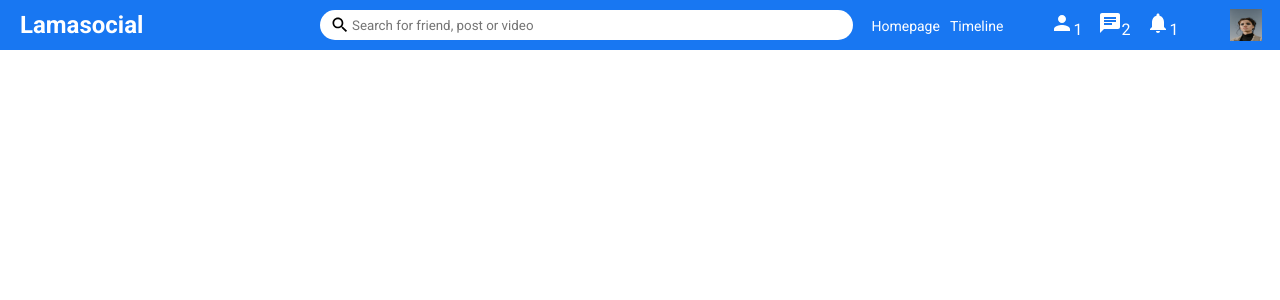
Repository: nazlinres01/react-social
Page: / (app in client/)
These files come from the project's save history. The page is drawn as it stood at one moment and after the next save; the edit follows.
The browser window is 1280 px wide. The pictures show the whole page.
The project was rebuilt for these pictures with package versions that can differ from the ones it lists, and the page was loaded fresh each time.

Above is the page before, as saved 2024-06-07 22:02:49.

### client/public/index.html
<!DOCTYPE html>
<html lang="en">

<head>
  <meta charset="utf-8" />
  <meta name="viewport" content="width=device-width, initial-scale=1" />
  <meta name="description" content="Web site created using create-react-app" />
  <link
    href="https://fonts.googleapis.com/css2?family=Roboto:ital,wght@0,100;0,300;0,400;0,500;0,700;0,900;1,100;1,300;1,400;1,500;1,700;1,900&display=swap"
    rel="stylesheet">
    <link rel="stylesheet" href="style.css">
  <title>Social App</title>
</head>

<body>
  <noscript>You need to enable JavaScript to run this app.</noscript>
  <div id="root"></div>
</body>

</html>

### client/src/App.js
import Home from "./pages/home/Home";

function App() {
  return <Home />
}

export default App;

### client/src/pages/home/Home.js
import Topbar from "../../components/topbar/Topbar";

export default function Home() {
    return (
        <Topbar />
    )
}

### client/src/components/topbar/Topbar.jsx
import "./topbar.css"
import { Search, Person, Chat, Notifications } from "@material-ui/icons"

export default function Topbar() {
  return (
    <div className="topbarContainer">
      <div className="topbarLeft">
        <span className="logo">Lamasocial</span>
      </div>
      <div className="topbarCenter">
        <div className="searchbar">
          <Search className="searchIcon" />
          <input placeholder="Search for friend, post or video" className="searchInput" />
        </div>
      </div>
      <div className="topbarRight">
        <div className="topbarLinks">
          <span className="topbarLink">Homepage</span>
          <span className="topbarLink">Timeline</span>
        </div>
        <div className="topbarIcons">
          <div className="topbarIconItem">
            <Person />
            <span className="topbarIconBadge">1</span>
          </div>
          <div className="topbarIconItem">
            <Chat />
            <span className="topbarIconBadge">2</span>
          </div>
          <div className="topbarIconItem">
            <Notifications />
            <span className="topbarIconBadge">1</span>
          </div>
        </div>
        <img src="/assets/person/1.jpeg" alt="" className="topbarImg" />
      </div>

    </div>
  )
}

### client/src/components/topbar/topbar.css
.topbarContainer {
    height: 50px;
    width: 100%;
    background-color: #1877f2;
    display: flex;
    align-items: center;
    position: sticky;
    top: 0;
}

.topbarLeft {
    flex: 3;
}

.logo {
    font-size: 24px;
    margin-left: 20px;
    font-weight: bold;
    color: white;
    cursor: pointer;
}

.topbarCenter {
    flex: 5;
}

.searchbar {
    width: 100%;
    height: 30px;
    background-color: white;
    border-radius: 30px;
    display: flex;
    align-items: center;
}

.searchIcon {
    font-size: 20px !important;
    margin-left: 10px;
}

.searchInput {
    border: none;
    width: 70%;
}

.searchInput:focus {
    outline: none;
}

.topbarRight {
    flex: 4;
    display: flex;
    align-items: center;
    justify-content: space-around;
    color: white;
}

.topbarLink {
    margin-right: 10px;
    font-size: 14px;
    cursor: pointer;
}

.topbarIcons {
    display: flex;
}

.topbarIconItem {
    margin-right: 15px;
    cursor: pointer;
}

.topbarImg {
    width: 32px;
    height: 32px;
}

Loaded but not shown: client/src/index.js (common file); client/public/style.css (common file)

After the next save:
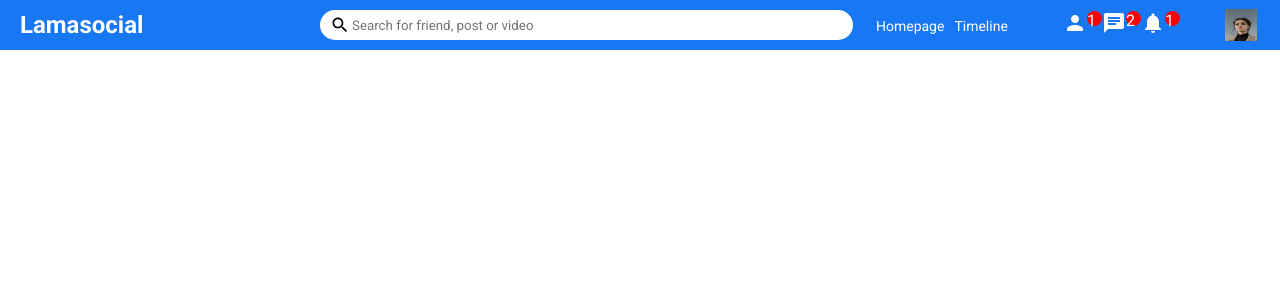
Saved 2 min 11 s later.
--- a/client/src/components/topbar/topbar.css
+++ b/client/src/components/topbar/topbar.css
@@ -68,6 +68,17 @@
 .topbarIconItem {
     margin-right: 15px;
     cursor: pointer;
+    position: relative;
+
+}
+
+.topbarIconBadge {
+    width: 15px;
+    height: 15px;
+    background-color: red;
+    border-radius: 50%;
+    color: white;
+    position: absolute;
 }
 
 .topbarImg {
